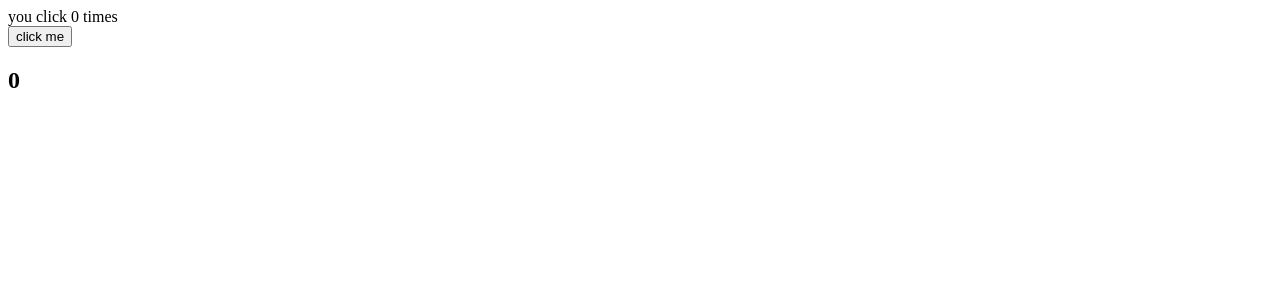
Repository: fuuka10969/react
Page: / (app in demo/react-hooks/demo01/)
These files come from the project's save history. The page is drawn as it stood at one moment and after the next save; the edit follows.
The browser window is 1280 px wide. The pictures show the whole page.
The project was rebuilt for these pictures with package versions that can differ from the ones it lists, and the page was loaded fresh each time.

Above is the page before, as saved 2021-02-11 15:19:34.

### demo/react-hooks/demo01/src/index.js
import React from 'react';
import ReactDOM from 'react-dom';
// import Example from './Example';
import Example4 from './Example4';
// import Example2 from './Example2';

ReactDOM.render(
    <Example4 />,
  document.getElementById('root')
);

### demo/react-hooks/demo01/src/Example4.js
import React, { useState, createContext, useContext } from 'react';

const CountContext = createContext()


// children
function Counter() {
  let count = useContext(CountContext)
  return (
    <h2>{count}</h2>
  )
}

// father
function Example4() {
  const [count, setCount] = useState(0) // 数组解构
  return (
    <div>
      <div>you click {count} times</div>
      <button onClick={() => setCount(count+1)}>click me</button>
      <CountContext.Provider value={count}>
        <Counter />
      </CountContext.Provider>
    </div>
  )
}

export default Example4;

### demo/react-hooks/demo01/src/Example5.js
import React, { useReducer } from 'react';

function ReducerDemo() {
  const [count, dispatch] = useReducer((state, action) => {
    switch (action) {
      case 'add':
        return state + 1;
      case 'sub':
        return state - 1;
      default:
        return state;
    }
  }, 0)
  return (
    <div>
      <h2>现在的分数是{count}</h2>
      <button onClick={() => {dispatch('add')}}>Increment</button>
      <button onClick={() => {dispatch('sub')}}>Decrement</button>
    </div>
  )
}

export default ReducerDemo

// javascript
// function countReducer(state, action) {
//   switch (action.type) {
//     case 'add':
//       return state + 1;
//     case 'sub':
//       return state - 1;
//     default:
//       return state;
//   }
// }

Loaded but not shown: demo/react-hooks/demo01/public/index.html (common file)

After the next save:
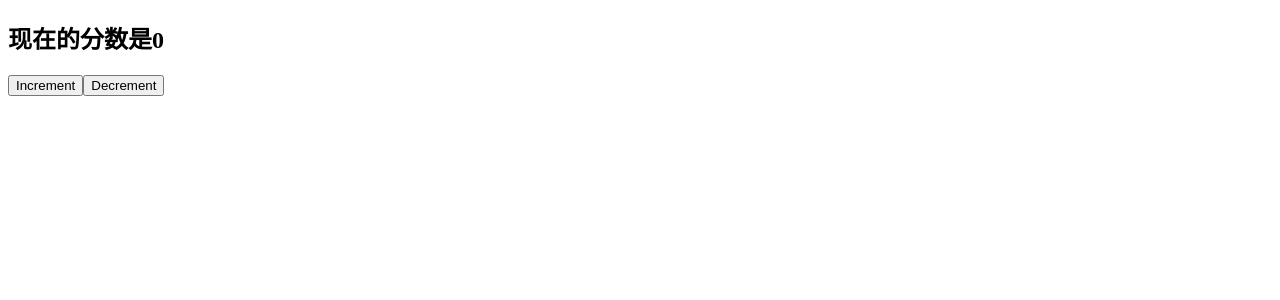
Saved 18 s later.
--- a/demo/react-hooks/demo01/src/index.js
+++ b/demo/react-hooks/demo01/src/index.js
@@ -1,10 +1,11 @@
 import React from 'react';
 import ReactDOM from 'react-dom';
 // import Example from './Example';
-import Example4 from './Example4';
 // import Example2 from './Example2';
+// import Example4 from './Example4';
+import Example5 from './Example5';
 
 ReactDOM.render(
-    <Example4 />,
+    <Example5 />,
   document.getElementById('root')
 );
